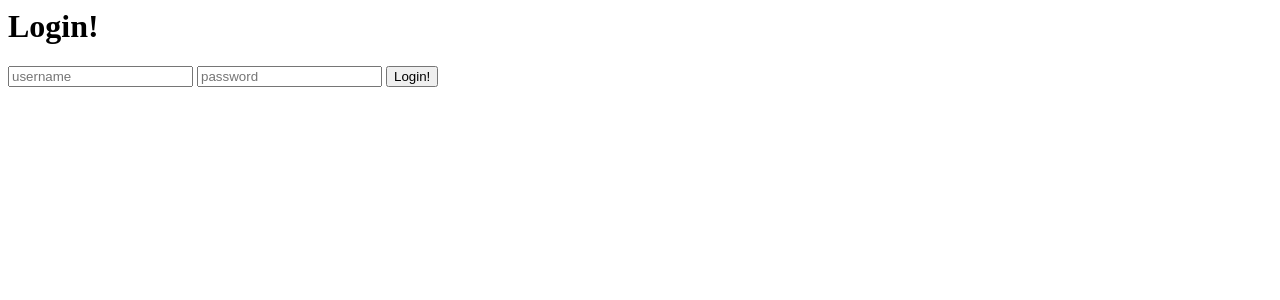
Repository: akhil130500/yelpcamptest
Page: http://localhost/login
The author's editor kept a record of every edit. The page is drawn from the files as they stood at one moment, then again after a run of edits.
The browser window is 1280 px wide. The pictures show the whole page.
The page is served by the project's Node server (yelpcamp/v6/app.js). Other server files are loaded and not shown.

Above is the page before.

### yelpcamp/v6/views/login.ejs


 <h1>Login!</h1>
<form action="/login" method="POST">
    <input type="text" name="username" placeholder="username">
    <input type="password" name="password" placeholder="password">
    <input type="submit" value="Login!">
</form>

### yelpcamp/v6/app.js
var express     = require("express"),
    app         = express(),
    bodyParser  = require("body-parser"),
    mongoose    = require("mongoose"),
    passport    = require("passport"),
    LocalStrategy = require("passport-local"),
    Campground  = require("./models/campground"),
    Comment     = require("./models/comment"),
    User        = require("./models/user"),
    seedDB      = require("./seeds")

mongoose.connect("mongodb://localhost/yelp_camp_v6");
app.use(bodyParser.urlencoded({extended: true}));
app.set("view engine", "ejs");
app.use(express.static(__dirname + "/public"));
seedDB();

// PASSPORT CONFIGURATION
app.use(require("express-session")({
    secret: "Once again Rusty wins cutest dog!",
    resave: false,
    saveUninitialized: false
}));
app.use(passport.initialize());
app.use(passport.session());
passport.use(new LocalStrategy(User.authenticate()));
passport.serializeUser(User.serializeUser());
passport.deserializeUser(User.deserializeUser());

app.use(function(req, res, next){
   res.locals.currentUser = req.user;
   next();
});

app.get("/", function(req, res){
    res.render("landing");
});

//INDEX - show all campgrounds
app.get("/campgrounds", function(req, res){
    // Get all campgrounds from DB
    Campground.find({}, function(err, allCampgrounds){
       if(err){
           console.log(err);
       } else {
          res.render("campgrounds/index",{campgrounds:allCampgrounds});
       }
    });
});

//CREATE - add new campground to DB
app.post("/campgrounds", function(req, res){
    // get data from form and add to campgrounds array
    var name = req.body.name;
    var image = req.body.image;
    var desc = req.body.description;
    var newCampground = {name: name, image: image, description: desc}
    // Create a new campground and save to DB
    Campground.create(newCampground, function(err, newlyCreated){
        if(err){
            console.log(err);
        } else {
            //redirect back to campgrounds page
            res.redirect("/campgrounds");
        }
    });
});

//NEW - show form to create new campground
app.get("/campgrounds/new", function(req, res){
   res.render("campgrounds/new");
});

// SHOW - shows more info about one campground
app.get("/campgrounds/:id", function(req, res){
    //find the campground with provided ID
    Campground.findById(req.params.id).populate("comments").exec(function(err, foundCampground){
        if(err){
            console.log(err);
        } else {
            console.log(foundCampground)
            //render show template with that campground
            res.render("campgrounds/show", {campground: foundCampground});
        }
    });
});


// ====================
// COMMENTS ROUTES
// ====================

app.get("/campgrounds/:id/comments/new", isLoggedIn, function(req, res){
    // find campground by id
    Campground.findById(req.params.id, function(err, campground){
        if(err){
            console.log(err);
        } else {
             res.render("comments/new", {campground: campground});
        }
    })
});

app.post("/campgrounds/:id/comments",isLoggedIn,function(req, res){
   //lookup campground using ID
   Campground.findById(req.params.id, function(err, campground){
       if(err){
           console.log(err);
           res.redirect("/campgrounds");
       } else {
        Comment.create(req.body.comment, function(err, comment){
           if(err){
               console.log(err);
           } else {
               campground.comments.push(comment);
               campground.save();
               res.redirect('/campgrounds/' + campground._id);
           }
        });
       }
   });
   //create new comment
   //connect new comment to campground
   //redirect campground show page
});


//  ===========
// AUTH ROUTES
//  ===========

// show register form
app.get("/register", function(req, res){
   res.render("register");
});
//handle sign up logic
app.post("/register", function(req, res){
    var newUser = new User({username: req.body.username});
    User.register(newUser, req.body.password, function(err, user){
        if(err){
            console.log(err);
            return res.render("register");
        }
        passport.authenticate("local")(req, res, function(){
           res.redirect("/campgrounds");
        });
    });
});

// show login form
app.get("/login", function(req, res){
   res.render("login");
});
// handling login logic
app.post("/login", passport.authenticate("local",
    {
        successRedirect: "/campgrounds",
        failureRedirect: "/login"
    }), function(req, res){
});

// logic route
app.get("/logout", function(req, res){
   req.logout();
   res.redirect("/campgrounds");
});

function isLoggedIn(req, res, next){
    if(req.isAuthenticated()){
        return next();
    }
    res.redirect("/login");
}

app.listen(process.env.PORT, process.env.IP, function(){
   console.log("The YelpCamp Server Has Started!");
});

### yelpcamp/v6/views/partials/header.ejs
<!DOCTYPE html>
<html>
    <head>
        <title>YelpCamp</title>
        <link rel="stylesheet" href="https://maxcdn.bootstrapcdn.com/bootstrap/3.3.5/css/bootstrap.min.css">
        <link rel="stylesheet" href="/stylesheets/main.css">
    </head>
    <body>
    <nav class="navbar navbar-default">
        <div class="container-fluid">
            <div class="navbar-header">
                <a class="navbar-brand" href="/">YelpCamp</a>
            </div>
            <div class="collapse navbar-collapse">
                <ul class="nav navbar-nav navbar-right">
                    <% if(!currentUser){ %>
                        <li><a href="/login">Login</a></li>
                        <li><a href="/register">Sign Up</a></li>
                    <% } else { %>
                        <li><a href="#">Signed In As <%= currentUser.username %></a></li>
                        <li><a href="/logout">Logout</a></li>
                    <% } %>
                </ul>
            </div>
        </div>
    </nav>

### yelpcamp/v6/public/stylesheets/main.css
.thumbnail img {
    width: 100%;
}

.thumbnail {
    padding: 0;
}

.thumbnail .caption-full {
    padding: 9px;
}

After the next 2 edits:
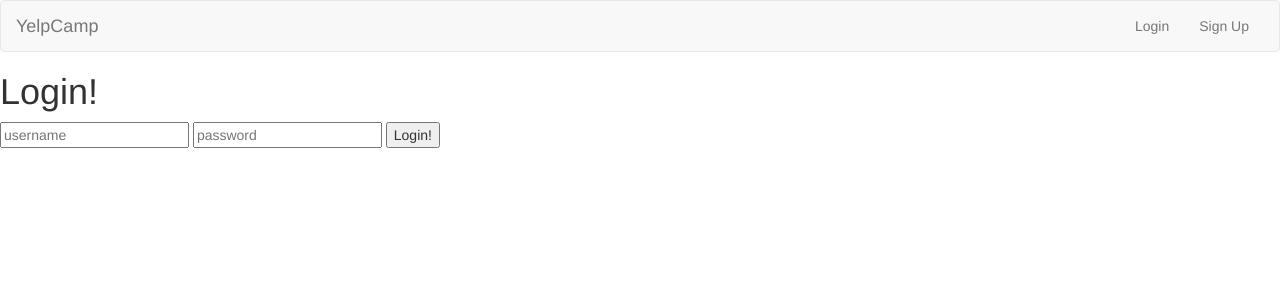
The 2 edits are shown as one change because 1 did not build or start.
The edit:
--- a/yelpcamp/v6/views/login.ejs
+++ b/yelpcamp/v6/views/login.ejs
@@ -1,6 +1,6 @@
+<% include ./partials/header %>
 
-
- <h1>Login!</h1>
+<h1>Login!</h1>
 <form action="/login" method="POST">
     <input type="text" name="username" placeholder="username">
     <input type="password" name="password" placeholder="password">
